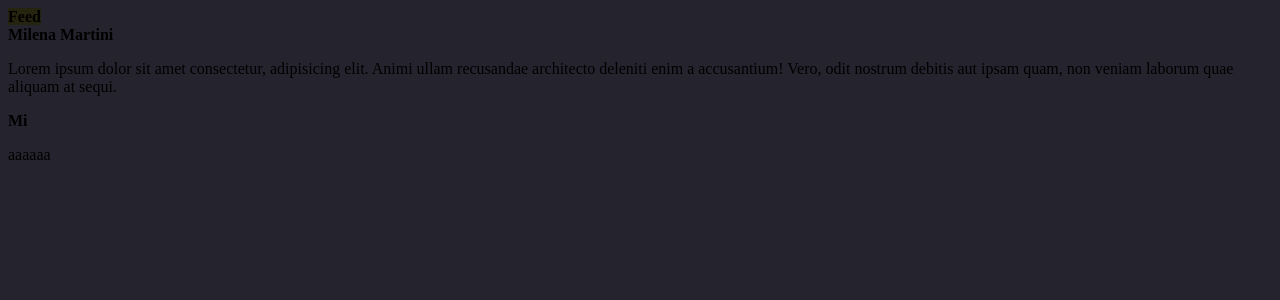
Repository: MilenaMartini/IgniteRckReactJs
Page: /
The author's editor kept a copy of each file at every save. The page is drawn from the files as they stood at one save, then again after the next save.
The browser window is 1280 px wide. The pictures show the whole page.
The project was rebuilt for these pictures with package versions that can differ from the ones it lists, and the page was loaded fresh each time. Also part of the build but not shown: vite.config.js.

Above is the page before, as saved 2023-04-14 13:36:37.

After the next save:
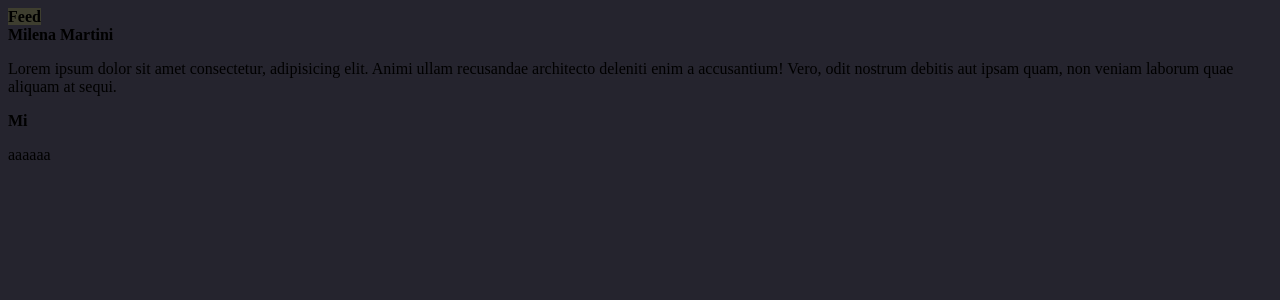
Saved 6 s later.
--- a/src/components/Header.module.css
+++ b/src/components/Header.module.css
@@ -1,4 +1,4 @@
 .header{
-    background-color: #25240e;
+    background-color: #3e3e2f;
     height: 80px;
 }
